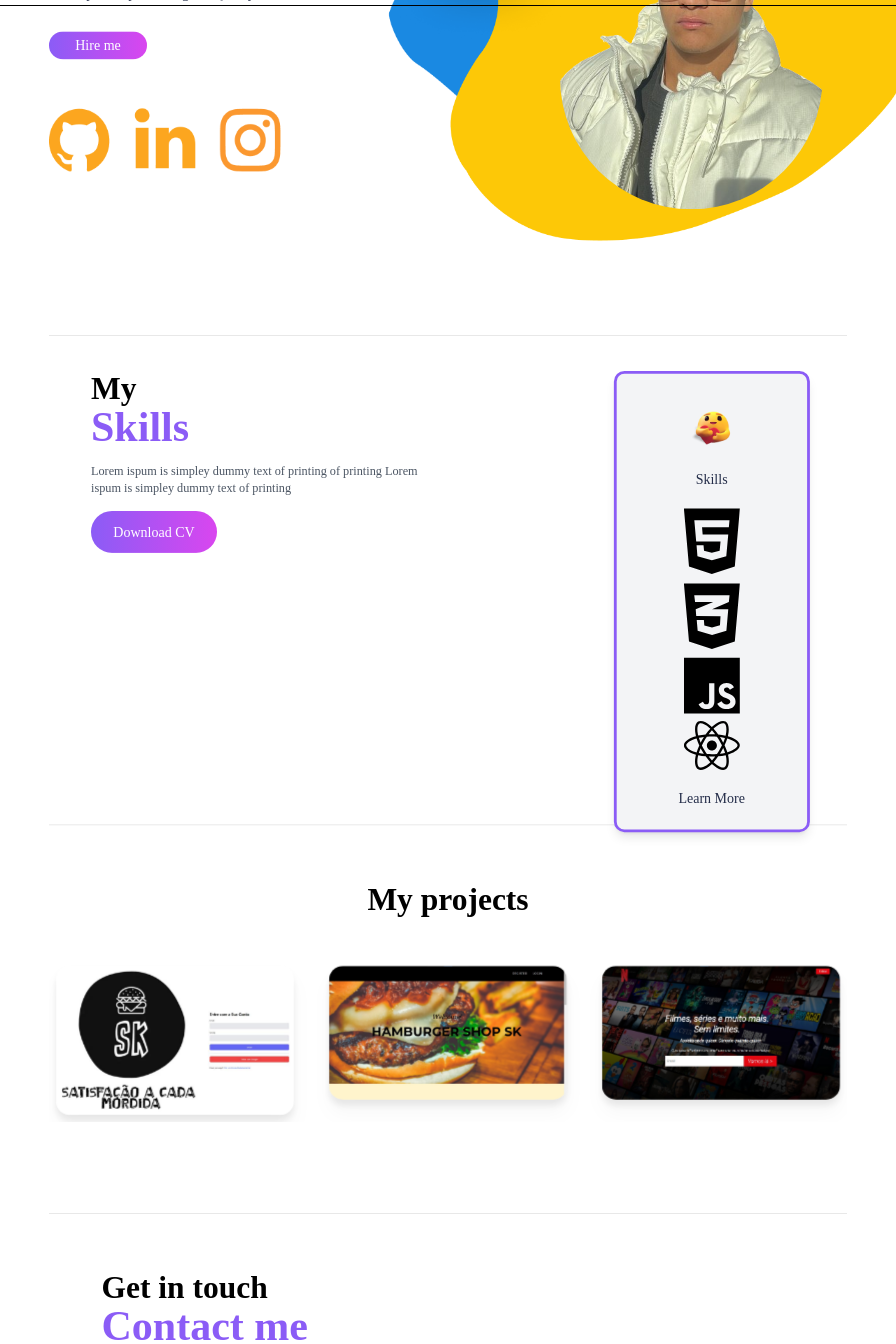
Repository: KennedyWanderson/portfolio
Page: /
These files come from the project's save history. The page is drawn as it stood at one moment and after the next save; the edit follows.
The browser window is 1280 px wide. The pictures show the part of the page from y = 357 to 2277 px (the page is 3240 px tall), at 70% of full size.
Some web fonts or font styles are not loaded; a fallback is used. The project was rebuilt for these pictures with package versions that can differ from the ones it lists, and the page was loaded fresh each time. Imported but missing from the stored project, and not drawn on this page: src/Components/Services/Kennedy_CV.pdf.

Above is the page before, as saved 2024-01-26 12:30:01.

### public/index.html
<!DOCTYPE html>
<html lang="en">
  <head>
    <meta charset="utf-8" />
    <link rel="icon" href="%PUBLIC_URL%/favicon.ico" />
    <meta name="viewport" content="width=device-width, initial-scale=1" />
    <meta name="theme-color" content="#000000" />
    <meta
      name="description"
      content="Web site created using create-react-app"
    />

    <style>
      @font-face{
        font-family: Gumela;
        src: url('../src/fonts/*');
      }

      *{
        font-family: 'Gumela';
        font-weight: normal;
        font-size: 20px;
      }
      body{
        margin: 0;
      }
    </style>
    <link rel="apple-touch-icon" href="%PUBLIC_URL%/logo192.png" />
    <!--
      manifest.json provides metadata used when your web app is installed on a
      user's mobile device or desktop. See https://developers.google.com/web/fundamentals/web-app-manifest/
    -->
    <link rel="manifest" href="%PUBLIC_URL%/manifest.json" />
    <!--
      Notice the use of %PUBLIC_URL% in the tags above.
      It will be replaced with the URL of the `public` folder during the build.
      Only files inside the `public` folder can be referenced from the HTML.

      Unlike "/favicon.ico" or "favicon.ico", "%PUBLIC_URL%/favicon.ico" will
      work correctly both with client-side routing and a non-root public URL.
      Learn how to configure a non-root public URL by running `npm run build`.
    -->
    <title>React App</title>
  </head>
  <body>
    <noscript>You need to enable JavaScript to run this app.</noscript>
    <div id="root"></div>
    <!--
      This HTML file is a template.
      If you open it directly in the browser, you will see an empty page.

      You can add webfonts, meta tags, or analytics to this file.
      The build step will place the bundled scripts into the <body> tag.

      To begin the development, run `npm start` or `yarn start`.
      To create a production bundle, use `npm run build` or `yarn build`.
    -->
  </body>
</html>

### src/index.js
import React from 'react';
import ReactDOM from 'react-dom/client';
import './index.css';
import App from './App';
import reportWebVitals from './reportWebVitals';
import { ThemeProvider } from './Context';

const root = ReactDOM.createRoot(document.getElementById('root'));
root.render(
  <ThemeProvider>
    <App />
  </ThemeProvider>

);

// If you want to start measuring performance in your app, pass a function
// to log results (for example: reportWebVitals(console.log))
// or send to an analytics endpoint. Learn more: https://bit.ly/CRA-vitals
reportWebVitals();

### src/index.css
@import 'tailwindcss/base';
@import 'tailwindcss/components';
@import 'tailwindcss/utilities';

:root
{
  --yellow: #F5C32C;
    --orange : #FCA61F;
    --black : #242D49;
    --gray : #788097;
    --blueCard : #DDF8FE;
    --purple: rgb(238 210 255);
    --boxShadow : 0px 19px 60px rgb(0 0 0 / 8%);
    --orangeCard: rgba(252, 166, 31, 0.45);
    --smboxShadow: -79px 51px 60px rgba(0, 0, 0, 0.08);
}

.App{
    overflow: hidden;
    color: var(--black);
}

### src/App.js
import './App.css';
import './index.css'
import Navbar from './Components/Navbar/Navbar';
import About from './Components/About/About';
import Services from './Components/Services/Services';
import Portfolio from './Components/Portfolio/Portfolio';
import Contact from './Components/Contact/Contact';
import Footer from './Components/Footer/Footer';
import { useContext } from 'react';
import { themeContext } from './Context';
import { Divider } from '@mui/material';

function App() {
  const theme = useContext(themeContext)
  const darkMode = theme.state.darkMode;

  return (
    <>
    <div className="App"
    style={{
      background: darkMode? 'black': '',
      color: darkMode? 'white': ''
    }}>

      <Navbar />
      <About />
      <Divider />
      <Services />
      <Divider />
      <Portfolio />
      <Divider />
      <Contact />
    </div>
    <div style={{
      background: darkMode? 'black': '',
      color: darkMode? 'white': ''
    }}>

      <Footer />
    </div>

    </>
  );
}

export default App;

### src/Context.js
import { createContext, useReducer } from "react";

export const themeContext = createContext();

const initialState = {darkMode: false};

const themeReducer = (state, action) => {

    switch(action.type){
        case 'toggle':
            return{darkMode : !state.darkMode};

        default:
            return state;
    }
}
    export const ThemeProvider = (props) => {
        const [state, dispatch] = useReducer(themeReducer, initialState);
        return (
            <themeContext.Provider value={{state, dispatch}}>
                {props.children}
            </themeContext.Provider>
        );
};

### src/App.css
@import 'tailwindcss/base';
@import 'tailwindcss/components';
@import 'tailwindcss/utilities';

:root
{
  --yellow: #F5C32C;
    --orange : #FCA61F;
    --black : #242D49;
    --gray : #788097;
    --blueCard : #DDF8FE;
    --purple: rgb(238 210 255);
    --boxShadow : 0px 19px 60px rgb(0 0 0 / 8%);
    --orangeCard: rgba(252, 166, 31, 0.45);
    --smboxShadow: -79px 51px 60px rgba(0, 0, 0, 0.08);
}

.App{
    padding: 0.5rem 3.5rem;
    overflow: hidden;
    color: var(--black);
}

.button{
  border-radius: 34px;
  border: none;
  color: white;
  font-size: 16px;
  padding: 10px;
}

@media screen and (max-width: 480px) {
    .App{
      padding: 0.5rem 1rem;
    }
}

### src/Components/Navbar/Navbar.jsx
import React from "react";
import Toggle from "../Toggle/Toggle";
import { Link } from 'react-scroll';

const Navbar = () => {
    return (
        <div className="lg:h-[10vh] flex flex-col lg:flex-row justify-between">
            <div className="flex-1 flex items-center gap-8">
                <div className="text-2xl font-bold">Kennedy</div>
                <Toggle />
            </div>
            <div className="lg:flex hidden flex-1 items-center justify-center font-normal">
                <div className="flex-grow-10">
                    <ul className="lg:flex hidden gap-8 mr-32 hover:cursor-grab">
                        <Link spy={true} to='Navbar' smooth={true}>
                            <li className="hover:text-orange-500">Home</li>
                        </Link>
                        <Link spy={true} to='About' smooth={true}>
                            <li className="hover:text-orange-500">About</li>
                        </Link>
                        <Link spy={true} to='Projects' smooth={true}>
                            <li className="hover:text-orange-500">Projects</li>
                        </Link>
                    </ul>
                </div>
                <button className=" rounded-3xl border-none text-white text-base pt-3 p-3 pr-6 pl-6 bg-gradient-to-r from-violet-500 to-fuchsia-500
                hover:cursor-grab bg-white hover:text-orange-500
                ">Contact</button>
            </div>
        </div>
    );
}

export default Navbar;

### src/Components/About/About.jsx
import React, { useContext } from "react";
import Github from '../../img/github.png'
import Instagram from '../../img/instagram.png'
import Linkedin from '../../img/linkedin.png'
import Profile from '../../img/eu.png'
import './About.css'
import Vector1 from '../../img/Vector1.png'
import Vector2 from '../../img/Vector2.png'
import { themeContext } from "../../Context";
import {motion} from 'framer-motion'
import glassesemoji from '../../img/glassesimoji.png'


const About = () => {

    const transition = {duration: 2, type: 'spring'}

    const theme = useContext(themeContext);
    const darkMode = theme.state.darkMode;

    return (
        <div className="lg:flex lg:flex-row flex-col h-[77vh] my-20 about">
            <div className="flex flex-col relative flex-1 gap-8">
                <div className="flex flex-col ">
                    <span style={{color: darkMode? 'white': ''}} className="text-black font-bold text-5xl">Hi! I am</span>
                    <span className="text-violet-500 font-bold text-5xl">Kennedy Wanderson</span>
                    <span>Frontend Developer with high level of experience
                        in web development, producting the Quality work                   </span>
                </div>
                <button className="rounded-3xl	border-none	text-white text-base pt-3 p-3 pr-6 pl-6 bg-gradient-to-r from-violet-500 to-fuchsia-500
                hover:cursor-grab bg-white hover:text-orange-500 w-28 h-8 flex justify-center items-center">Hire me</button>
                <div className="mt-6 flex gap-7 hover:cursor-grab left">
                    <a href="https://github.com/KennedyWanderson">
                        <img src={Github} alt="" />
                    </a>
                    <a href="https://www.linkedin.com/in/kennedy-wanderson/">
                        <img src={Linkedin} alt="" />
                    </a>
                    <a href="https://www.instagram.com/_dev.kennedy/">
                        <img src={Instagram} alt="" />
                    </a>
                </div>
            </div>
            <div className="i-right">
                <img src={Vector1} alt="" />
                <img src={Vector2} alt="" />
                <img className="rounded-full" src={Profile} alt="" />
                <motion.img
                initial={{left: '-46%'}}
                whileInView={{left: '-14%'}}
                transition={transition}
                src={glassesemoji} alt="" />
            </div>
        </div>
    )
}

export default About;

### src/Components/Services/Services.jsx
import React, { useContext } from "react";
import HeartEmoji from '../../img/heartemoji.png'
import Card from "../Card/Card";
import Resume from './Kennedy_CV.pdf'
import './Services.css'
import { themeContext } from "../../Context";
import { motion } from 'framer-motion'
import ReactIimg from '../../img/react.svg'
import HtmlImg from '../../img/html5.svg'
import CssImg from '../../img/css3-alt.svg'
import JavaImg from '../../img/js.svg'

const Services = () => {

    const theme = useContext(themeContext);
    const darkMode = theme.state.darkMode;

    return (

        <div className="pt-0 pb-12 pr-3 pl-12 flex h-[90vh] mt-10 services" id="About">
            <div className="flex flex-col relative">
                <span style={{ color: darkMode ? 'white' : '' }} className="text-black text-4xl font-bold">My </span>
                <span className="text-violet-500 font-bold text-5xl">Skills</span>
                <spane style={{ color: darkMode ? 'white' : '' }} className="text-gray-600 text-sm mt-4">Lorem ispum is simpley dummy text of printing of printing Lorem

                    <br />
                    ispum is simpley dummy text of printing
                </spane>
                <a href={Resume} download>
                    <button className="rounded-3xl	border-none	text-white text-base pt-3 p-3 pr-6 pl-6 bg-gradient-to-r from-violet-500 to-fuchsia-500
                    hover:cursor-grab bg-white hover:text-orange-500 w-36 mt-4">Download CV</button>
                </a>
            </div>
            <div className="relative sm:flex lg:block cards gap-17rem">
                <div className=" left-56 absolute sm:static lg:absolute">
                    <Card
                        emoji={HeartEmoji}
                        heading={'Skills'}
                        detail={[HtmlImg, CssImg, JavaImg, ReactIimg]}
                    />
                </div>
                <motion.div
                    initial={{ rotate: 45 }}
                    whileInView={{ rotate: 0 }}
                    viewport={{ margin: '-40px' }}
                    transition={{ duration: 3.5, type: 'spriing' }}
                >
                    <div>
                        <img src={[ReactIimg, ReactIimg]} alt="" />
                    </div>
                    <div>

                    </div>
                    <div>

                    </div>
                    <div>

                    </div>

                </motion.div>
            </div>
        </div>
    )
}

export default Services;

### src/Components/Portfolio/Portfolio.jsx
import React, { useContext } from "react";
import {Swiper, SwiperSlide} from 'swiper/react'
import 'swiper/css'
import Admin from '../../img/admin.jpeg'
import Movie from '../../img/movie.jpeg'
import Netflix from '../../img/netflix.jpeg'
import { themeContext } from "../../Context";
import Burguer from '../../img/burguer.jpeg'

const Portfolio = () => {
    const theme = useContext(themeContext);
    const darkMode = theme.state.darkMode;

    return(
        <div className="flex flex-col items-center justify-center h-[70vh] mb-10" id="Projects">
            <span style={{color: darkMode? 'white': ''}} className="text-black font-bold text-4xl">My projects</span>


            <Swiper spaceBetween={30}
            slidesPerView={3}
            grabCursor={true}
            className="overflow-visible w-full mt-12">
                <SwiperSlide className="w-80 p-2">
                    <img className="w-72 drop-shadow-xl rounded-2xl"  src={Admin} alt="" />
                </SwiperSlide>
                <SwiperSlide className="w-80 p-2">
                    <img className="w-72 drop-shadow-xl rounded-2xl" src={Burguer} alt="" />
                </SwiperSlide>
                <SwiperSlide className="w-80 p-2">
                    <img className="w-72 drop-shadow-xl rounded-2xl"  src={Netflix} alt="" />
                </SwiperSlide>
                <SwiperSlide className="w-80 p-2">
                    <img className="w-72 drop-shadow-xl rounded-2xl" src={Movie} alt="" />
                </SwiperSlide>
            </Swiper>
        </div>
    )
}

export default Portfolio;

### src/Components/Contact/Contact.jsx
import React, { useContext, useState } from "react";
import { useRef } from 'react';
import emailjs from '@emailjs/browser';
import { themeContext } from "../../Context";

const Contact = () => {

    const theme = useContext(themeContext);
    const darkMode = theme.state.darkMode;

  const form = useRef();

  const [done, setDone] = useState(false)

  const sendEmail = (e) => {
    e.preventDefault();

    emailjs.sendForm('service_nloztkk', 'template_w0nf8e5', form.current, 'l4pVECB3jFJ-edbZo')
      .then((result) => {
          console.log(result.text);
          setDone(true)
      }, (error) => {
          console.log(error.text);
      });
  };

    return(
        <div className="lg:flex flex-col m-3 pt-0 pr-12 pb-0 pl-12 mt-16 flex h-[80vh]">
            <div>
                <div className="flex flex-col">
                    <span style={{color: darkMode? 'white': ''}} className="text-black font-bold text-4xl">Get in touch</span>
                    <span className="text-violet-500 font-bold text-5xl">Contact me</span>
                </div>
            </div>

            <div className="flex justify-center relative flex-1">
                <form ref={form} onSubmit={sendEmail} className="flex flex-col gap-8 items-center" action="">
                    <input type="text" name="user_name" className=" w-80 h-8 p-2 outline-none border-2 border-violet-500 rounded-lg text-base" placeholder="Name" />
                    <input type="email" name="user_email" className="w-80 h-8 p-2 outline-none border-2 border-violet-500 rounded-lg text-base" placeholder="Email" />
                    <textarea  name="message" className="h-16 w-80 p-2 outline-none border-2 border-violet-500 rounded-lg text-base" placeholder="Message" />
                    <input type="submit" value="Send" className="rounded-3xl border-none text-white text-base pt-3 p-3 pr-6 pl-6 bg-gradient-to-r from-violet-500 to-fuchsia-500
                    hover:cursor-grab bg-white hover:text-orange-500 w-32 mt-4" />
                    <span className="text-center text-green-500 font-bold text-xl">{done && "Thanks for contacting me!"}</span>
                </form>
            </div>
        </div>
    )
}

export default Contact;

### src/Components/Footer/Footer.jsx
import React from "react";
import Wave from '../../img/wave.png'
import Insta from '@iconscout/react-unicons/icons/uil-instagram'
import Git from '@iconscout/react-unicons/icons/uil-github'
import Linkedin from '@iconscout/react-unicons/icons/uil-linkedin'

const Footer = () => {
    return(
        <div className=" flex items-center mt-[-0.5rem] mb-[-3.5rem] relative">
            <img src={Wave} alt="" style={{width: '100%'}}/>
            <div className="sm:scale-50 flex flex-col items-center justify-center absolute w-full mt-16 gap-16 text-white">
                <span>devprogrammer.wiz@gmail.com</span>
                <div className="flex gap-8">
                    <Insta color='white' size='3rem' />
                    <Git color='white' size='3rem' />
                    <Linkedin color='white' size='3rem' />
                </div>
            </div>
        </div>
    )
}

export default Footer;

### src/Components/Toggle/Toggle.jsx
import React, { useContext } from "react";
import Sun from '@iconscout/react-unicons/icons/uil-sun'
import Moon from '@iconscout/react-unicons/icons/uil-moon'
import { themeContext } from "../../Context";

const Toggle = () => {

    const theme = useContext(themeContext);
    const darkMode = theme.state.darkMode;
    const handleClick = () => {
        theme.dispatch({type: 'toggle'})
    }

    return (
        <div onClick={handleClick} className="flex items-center justify-between rounded-full m-1 border-2 border-violet-500 relative cursor-grab
        w-14 h-7 text-violet-500">
                <Moon />
                <Sun />
            <div className="rounded-full p-[6.5px] absolute bg-violet-500 border-4 border-violet-500"
                style = {darkMode? {left: '2px'} : {right : '2px'}}>
            </div>
        </div>
    )
}

export default Toggle;

### src/Components/About/About.css
.i-right{
    flex: 1;
    position: relative;
}

.i-right>*{
    position: absolute;
    z-index: 1;
}

.i-right>:nth-child(1){
    transform: scale(1.2);
    left: -5%;
    top: -9%;
}
    .i-right>:nth-child(2){
        top: -4.6%;
        transform: scale(1.2);
        left: 3rem;
    }
    .i-right>:nth-child(3){
    transform: scale(1.0);
    left: 28%;
}

@media screen and (max-width: 480px){
    .about {
    flex-direction: column;
    gap: 8rem;
    height: 50rem;
  }

  .left{

    margin-bottom: 50px;
    gap: 4rem;
  }

  .i-right>:nth-child(1){
    transform: scale(0.8);
    left: 0%;
    top: 0%;
}
    .i-right>:nth-child(2){
        transform: scale(0.8);
        left: 0rem;
    }
    .i-right>:nth-child(3){
    transform: scale(0.6);
    left: 0%;

}
.i-right>:nth-child(4){
    transform: scale(0.5);
}
}

### src/Components/Card/Card.jsx
import React from "react";
import '../../App.css'

const Card = ({ emoji, heading, detail }) => {
    return (
        <div className="card w-56 absolute flex flex-col gap-4 items-center text-center bg-gray-100
        rounded-xl border-4 border-violet-500 shadow-lg pt-0 pr-7 pb-6 pl-7">
            <img className="scale-50 mb-[-2rem]" src={emoji} alt="" />
            <span>{heading}</span>
            <div className="images-container">
                {detail.map((img, index) => (
                    <img key={index} className="flex text-gray-500 text-base w-16" src={img} alt={`Image ${index + 1}`} />
                ))}
            </div>
            <button>Learn More</button>
        </div>
    )
}

export default Card;

### src/Components/Services/Services.css
@media screen and (max-width: 480px) {
    .services {
      margin-top: 0;
      flex-direction: column;
      gap: 5rem;
      height: 66rem;
      padding: 0;
    }

    .cards {
      display: flex;
      flex-direction: column;
      gap: 17rem;
    }
    .cards > * {
      position: static;
    }
  }

Loaded but not shown: src/reportWebVitals.js (common file); tailwind.config.js (common file)

After the next save:
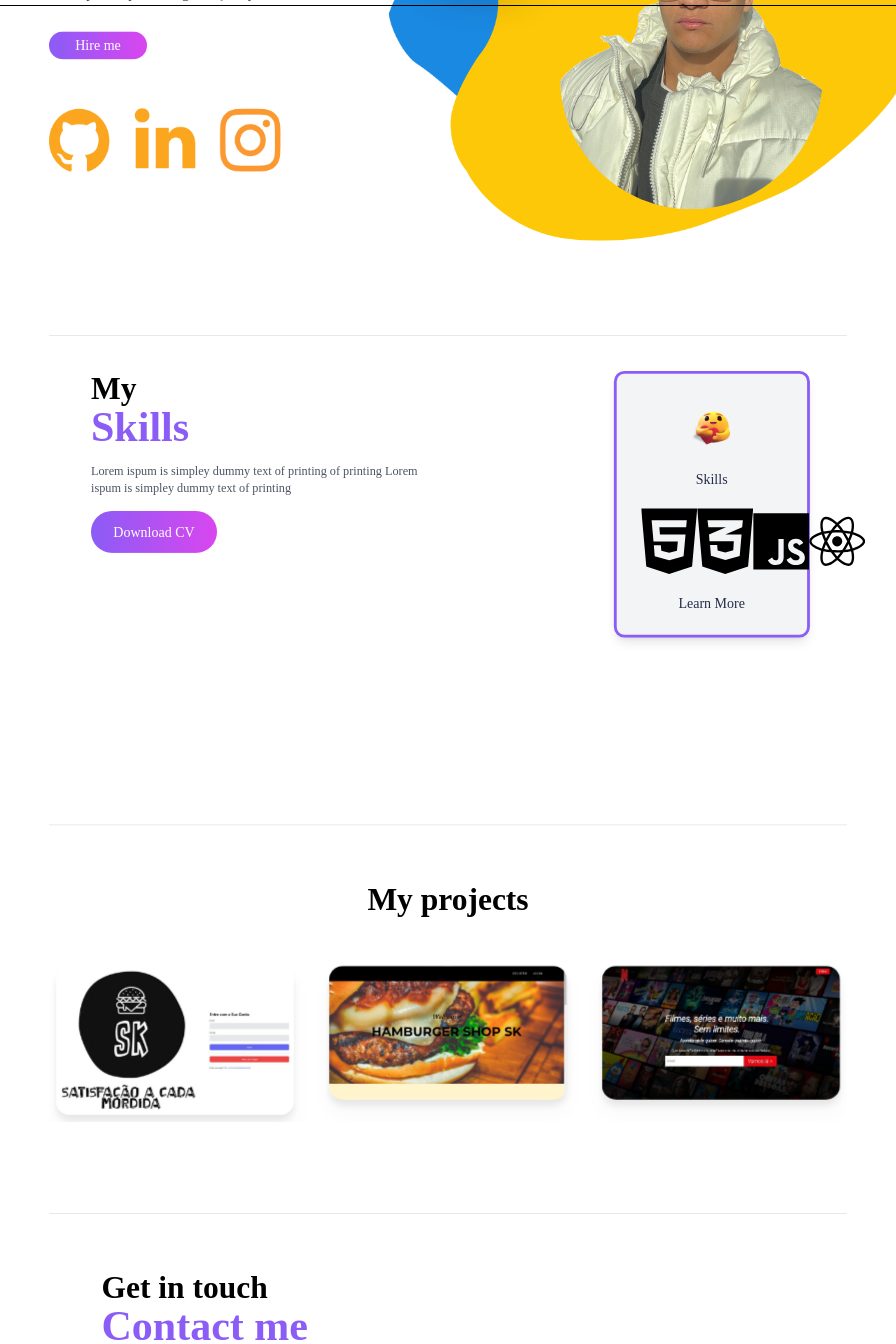
Saved 7 s later.
--- a/src/Components/Card/Card.jsx
+++ b/src/Components/Card/Card.jsx
@@ -7,7 +7,7 @@ const Card = ({ emoji, heading, detail }) => {
         rounded-xl border-4 border-violet-500 shadow-lg pt-0 pr-7 pb-6 pl-7">
             <img className="scale-50 mb-[-2rem]" src={emoji} alt="" />
             <span>{heading}</span>
-            <div className="images-container">
+            <div className="images-container flex">
                 {detail.map((img, index) => (
                     <img key={index} className="flex text-gray-500 text-base w-16" src={img} alt={`Image ${index + 1}`} />
                 ))}
